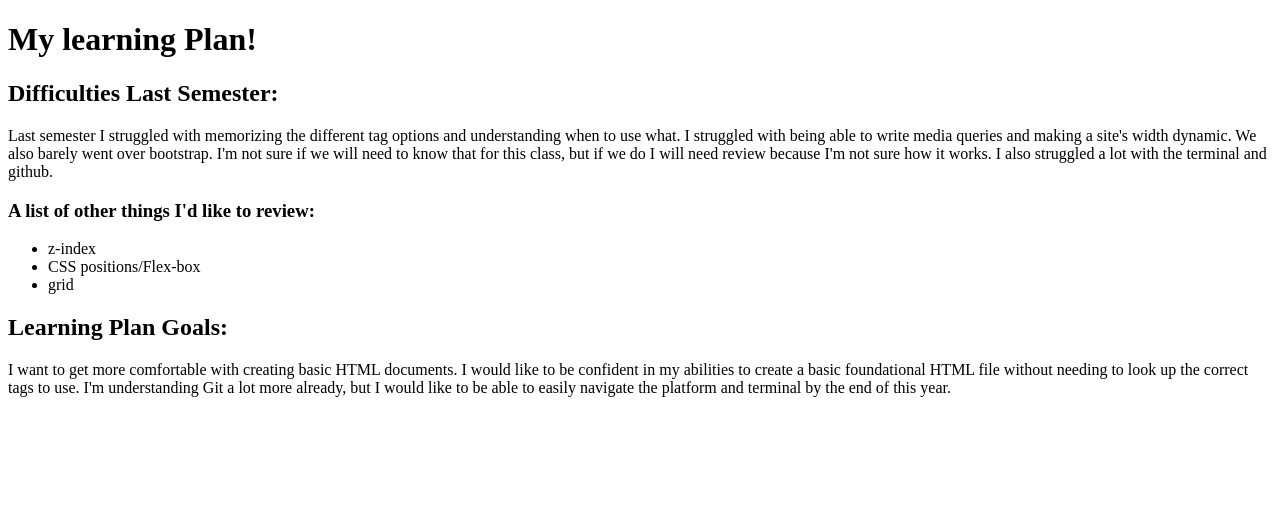
Repository: awollf/mdia-2109
Page: learning-plan.html
The author's editor kept a copy of each file at every save. The page is drawn from the files as they stood at one save, then again after the next save.
The browser window is 1280 px wide. The pictures show the whole page.

Above is the page before, as saved 2026-01-26 11:56:47.

After the next save:
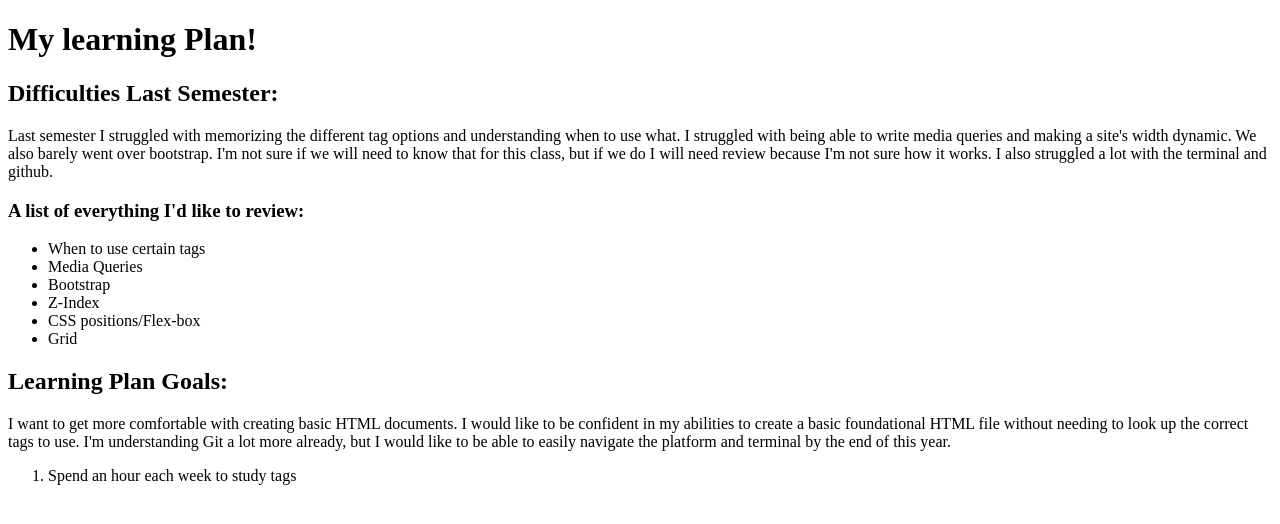
Saved 4 min 36 s later.
--- a/learning-plan.html
+++ b/learning-plan.html
@@ -15,11 +15,14 @@
         I will need review because I'm not sure how it works. I also struggled a lot with the terminal and github.
     </p>
 
-    <h3>A list of other things I'd like to review:</h3>
+    <h3>A list of everything I'd like to review:</h3>
     <ul>
-        <li>z-index</li>
+        <li>When to use certain tags</li>
+        <li>Media Queries</li>
+        <li>Bootstrap</li>
+        <li>Z-Index</li>
         <li>CSS positions/Flex-box</li>
-        <li>grid</li>
+        <li>Grid</li>
     </ul>
 
     <h2>Learning Plan Goals:</h2>
@@ -27,5 +30,9 @@
     to create a basic foundational HTML file without needing to look up the correct tags to use. I'm understanding Git a lot more already,
     but I would like to be able to easily navigate the platform and terminal by the end of this year. </p>
 
+    <ol>
+        <li>Spend an hour each week to study tags</li>
+    </ol>
+
 </body>
 </html>
